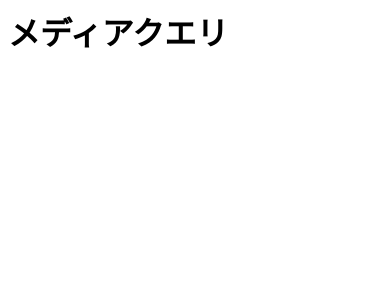
Repository: sachiko23/samurai_HTML-CSS
Page: viewport.html
The author's editor kept a record of every edit. The page is drawn from the files as they stood at one moment, then again after the next edit.
The browser window is 375 px wide. The pictures show the whole page.

Above is the page before.

After the next edit:
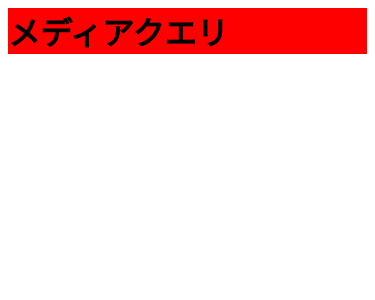
The edit:
--- a/viewport.html
+++ b/viewport.html
@@ -2,7 +2,7 @@
     <head>
         <meta name="viewport" content="width=device-width, initial-scale=1">
         <style>
-            @meta screen and (max-width: 480px) {
+            @media screen and (max-width: 480px) {
                 .media {
                     background-color: red;
                 }
